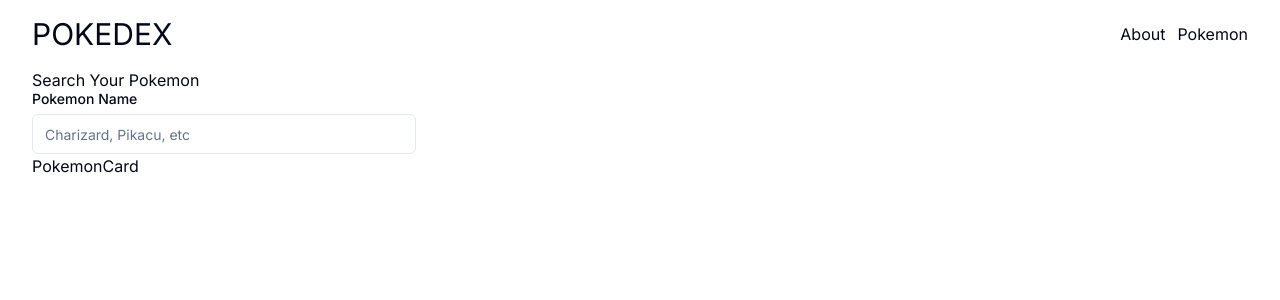
Repository: KilluaProject/pokedex
Page: /
The author's editor kept a copy of each file at every save. The page is drawn from the files as they stood at one save, then again after a run of saves.
The browser window is 1280 px wide. The pictures show the whole page.
The project was rebuilt for these pictures with package versions that can differ from the ones it lists, and the page was loaded fresh each time. The framework's server and built-in components were replaced by stand-ins that run in the browser. Also part of the build but not shown: next.config.js.

Above is the page before, as saved 2023-07-01 16:25:49.

After the next 3 saves:
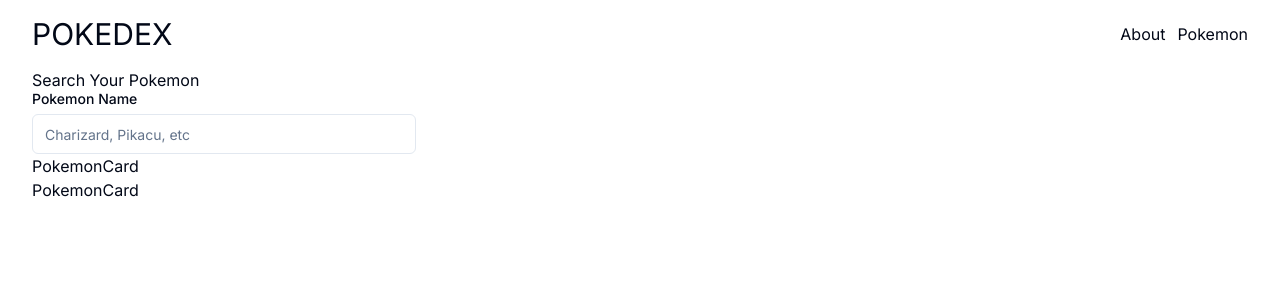
The 3 saves are shown as one change because 1 did not build or start and some came seconds apart.
The last was saved 60 s later.
--- a/components/pokemonGrid.tsx
+++ b/components/pokemonGrid.tsx
@@ -5,6 +5,7 @@
 import { useState } from 'react'
 import { Label } from './ui/label'
 import { Input } from './ui/input'
+import PokemonCard from './PokemonCard'
 
 export default function PokemonGrid() {
     const [searchText, setSearchText] = useState("")
@@ -25,6 +26,10 @@
         />
 
         </div>
+
+        <div>
+        <PokemonCard/>
+        </div>
     </div>
   )
 }

After the save that followed:
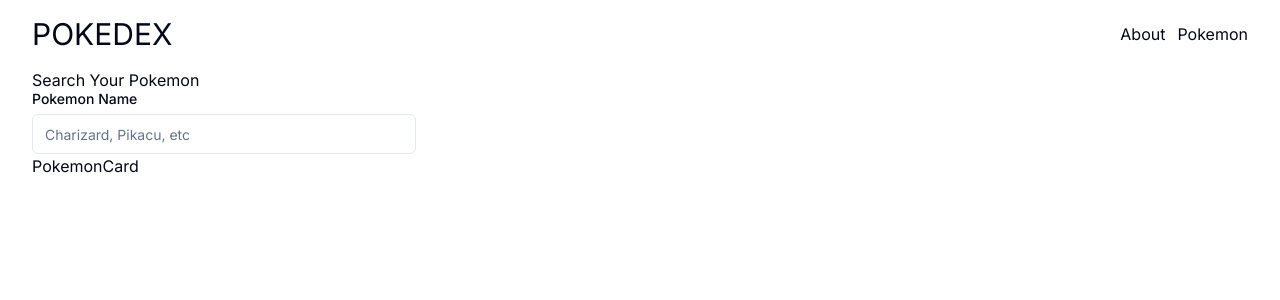
Saved 15 s later.
--- a/app/page.tsx
+++ b/app/page.tsx
@@ -1,4 +1,4 @@
-import PokemonCard from "@/components/PokemonCard";
+
 import PokemonGrid from "@/components/pokemonGrid";
 
 
@@ -7,7 +7,6 @@
   return (
     <main className="container mx-auto">
       <PokemonGrid/>
-      <PokemonCard/>
     </main>
   )
 }
